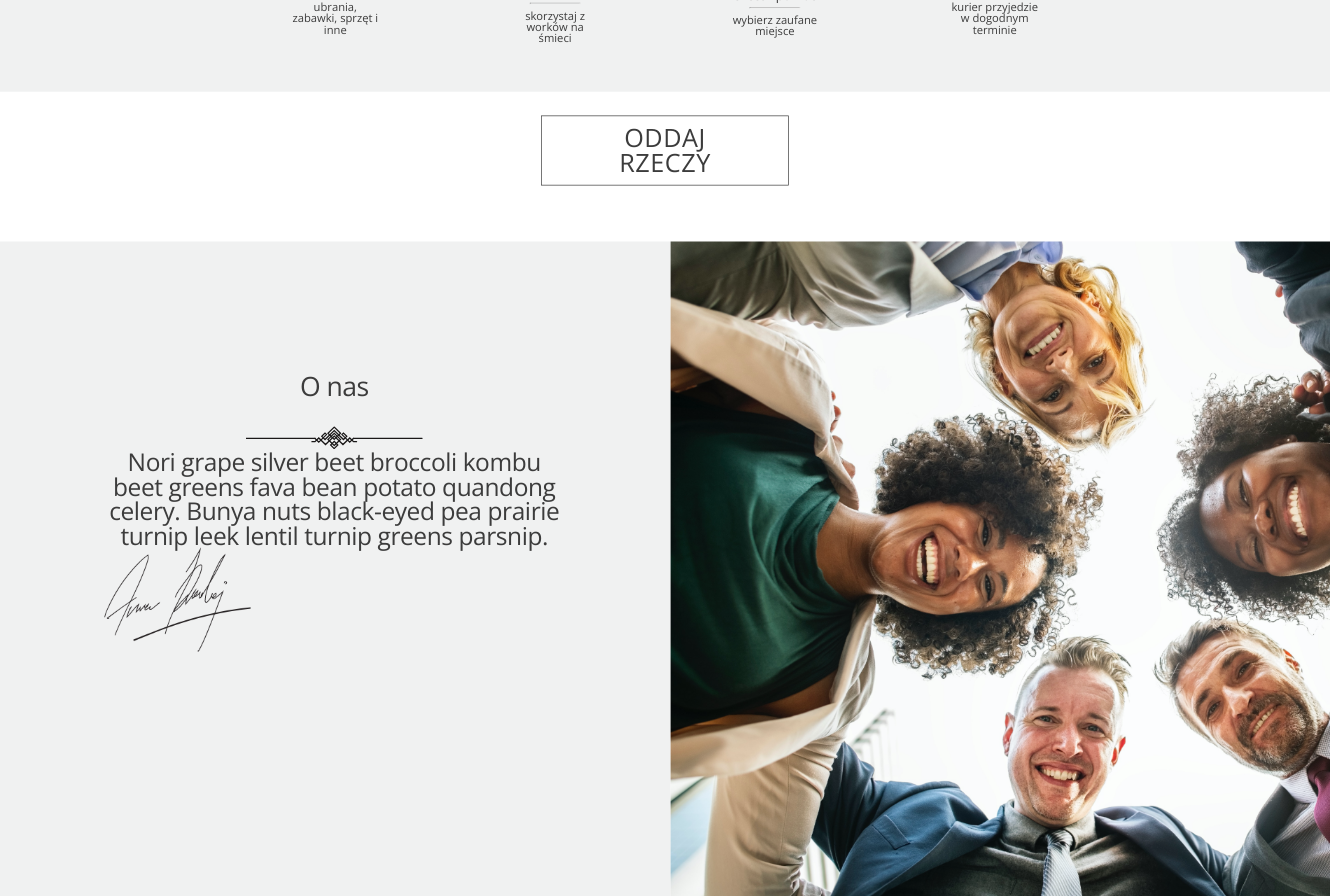
Repository: tomekwoojcik/oddam-w-dobre-rence
Page: /
The author's editor kept a copy of each file at every save. The page is drawn from the files as they stood at one save, then again after the next save.
The browser window is 1280 px wide. The page is 1900 px wide, so the pictures cover 1900 px, including what lies to the right of the window. The pictures show the part of the page from y = 1720 to 3000 px (the page is 3000 px tall), at 70% of full size.
The project was rebuilt for these pictures with package versions that can differ from the ones it lists, and the page was loaded fresh each time. Also part of the build but not shown: src/pages/logIn/logIn.js, src/pages/register/register.js.

Above is the page before, as saved 2022-12-08 09:36:20.

After the next save:
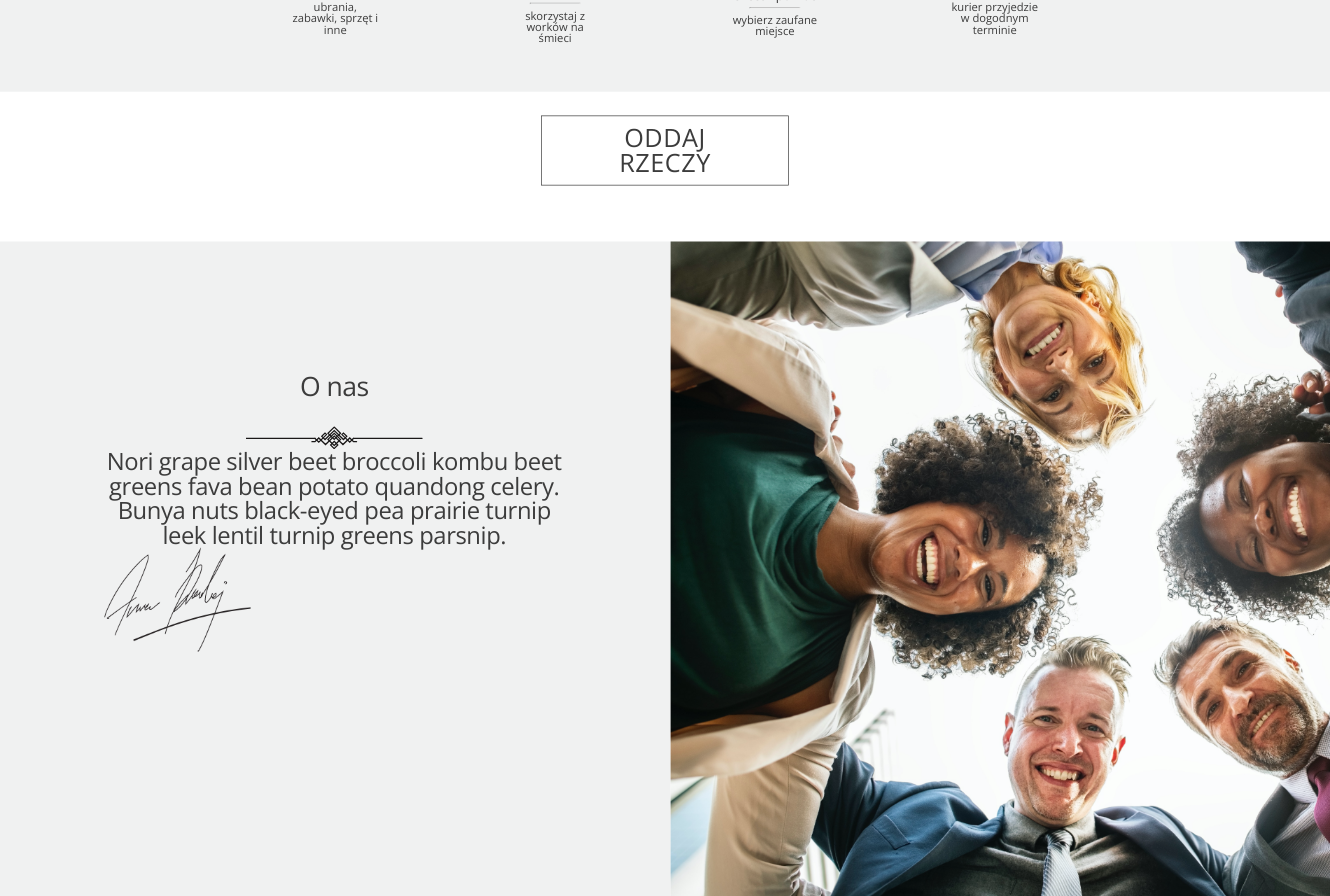
Saved 21 s later.
--- a/src/components/atoms/aboutUsText/_aboutUsText.scss
+++ b/src/components/atoms/aboutUsText/_aboutUsText.scss
@@ -19,7 +19,7 @@
     .aboutUsTextinText {
         width: 657px;
         font-family: $font-base;
-        font-size: 35px;
+        font-size: 34px;
         letter-spacing: -0.6px;
         color: $black-color;
         font-weight: 300;
